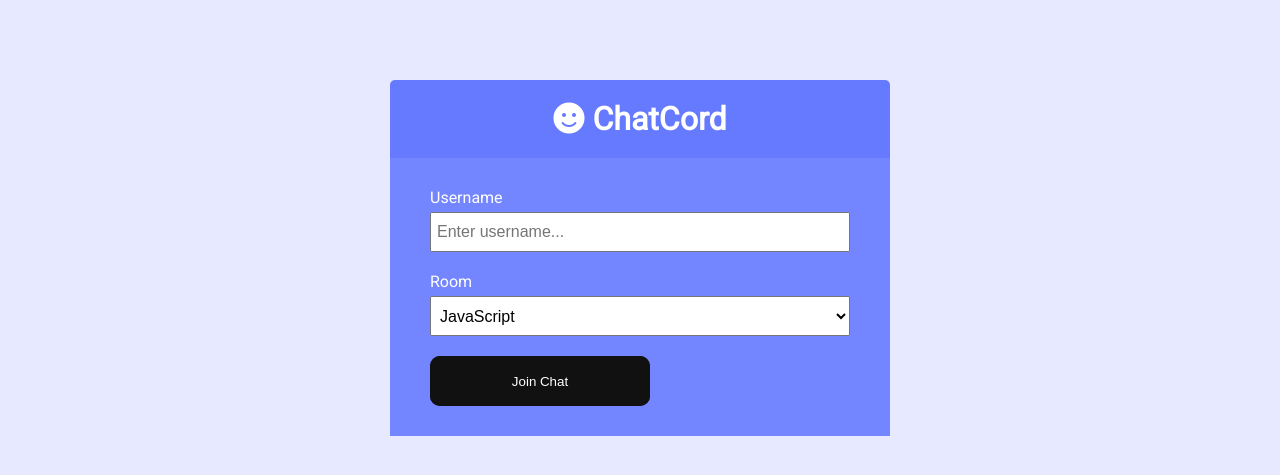
Repository: satyam12116/chat
Page: public/index.html
An editor plug-in stored every save of this project. The page is shown before and after the next save, followed by the edit.
The browser window is 1280 px wide. The pictures show the whole page.
Some web libraries are served in a nearby version.

Above is the page before, as saved 2023-03-26 10:31:52.

After the next save:
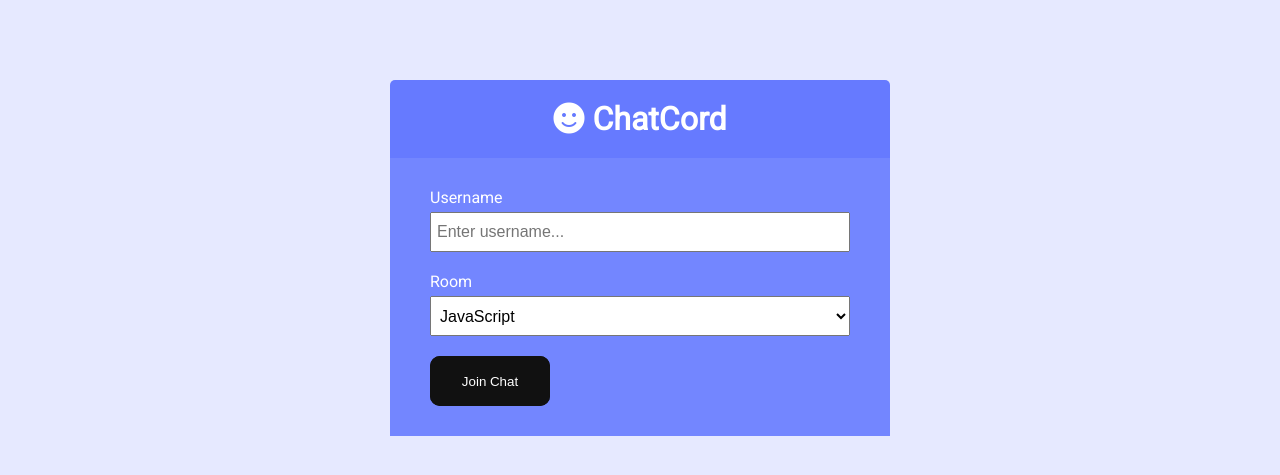
Saved 7 s later.
--- a/public/css/style.css
+++ b/public/css/style.css
@@ -191,7 +191,7 @@ a {
 
 .glow-on-hover {
 	align-items: center;
-    width: 220px;
+    width: 120px;
     height: 50px;
     border: none;
     outline: none;
